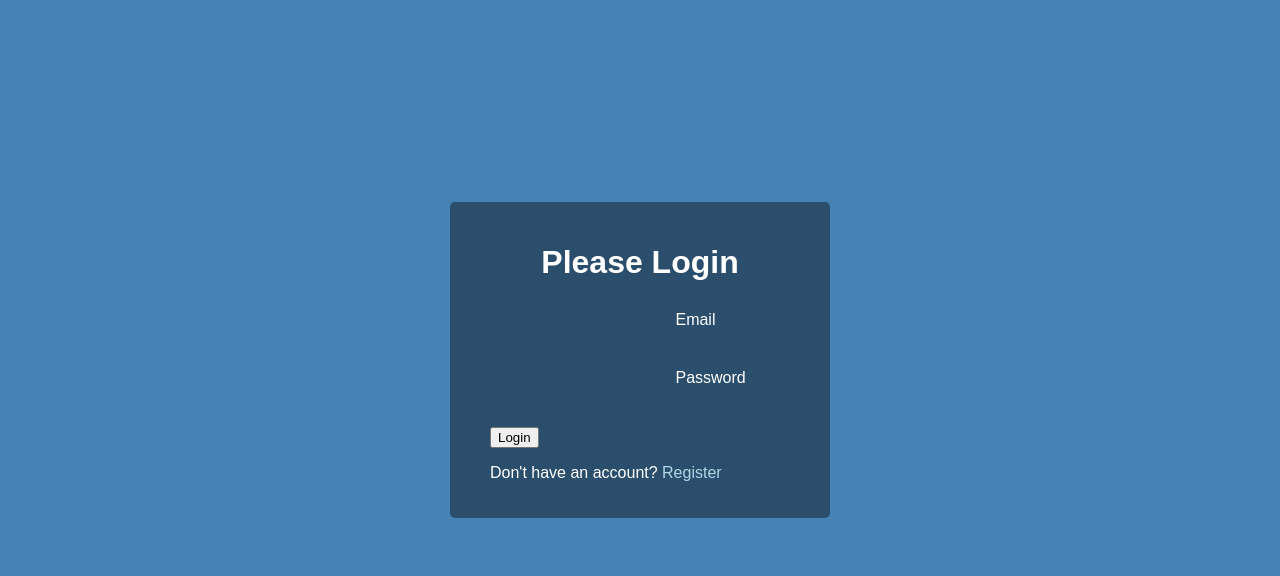
Repository: thecoachanna/form-animation
Page: index.html
These files come from the project's save history. The page is drawn as it stood at one moment and after a run of saves; the edit follows.
The browser window is 1280 px wide. The pictures show the whole page.
Some web fonts or font styles are not loaded; a fallback is used.

Above is the page before, as saved 2023-02-26 09:56:28.

After the next 6 saves:
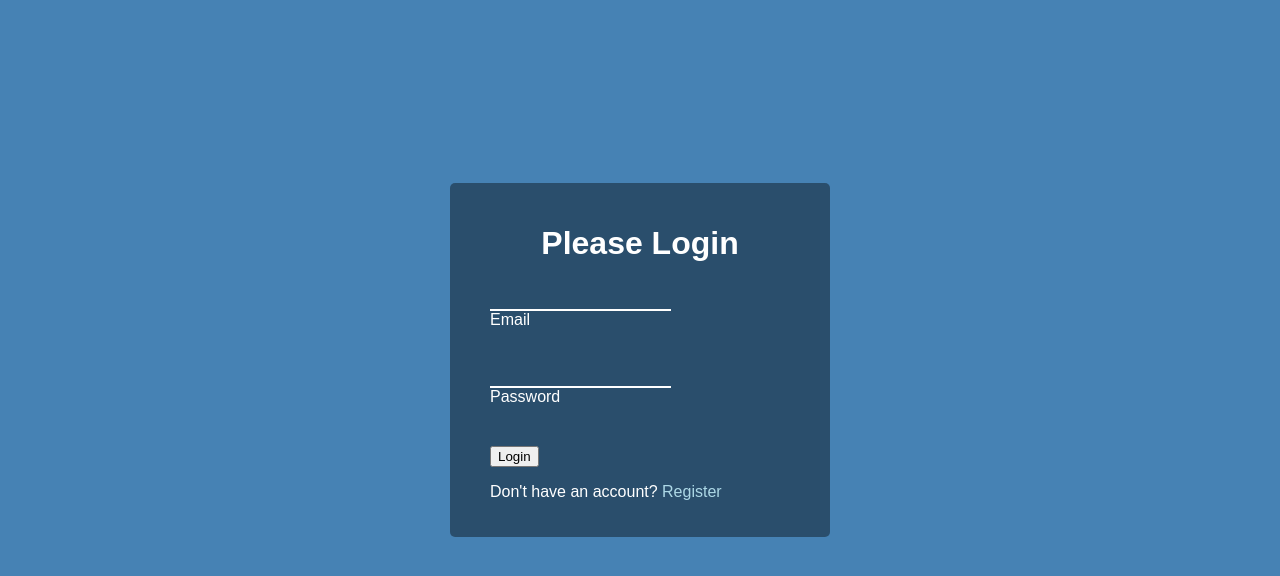
The 6 saves are shown as one change because they came seconds apart.
The last was saved 15 s later.
--- a/style.css
+++ b/style.css
@@ -43,5 +43,7 @@ body {
 .form-control input {
     background-color: transparent;
     border: 0;
-    border-bottom: 2px ;
+    border-bottom: 2px #fff solid;
+    display: block;
+    wid
 }
